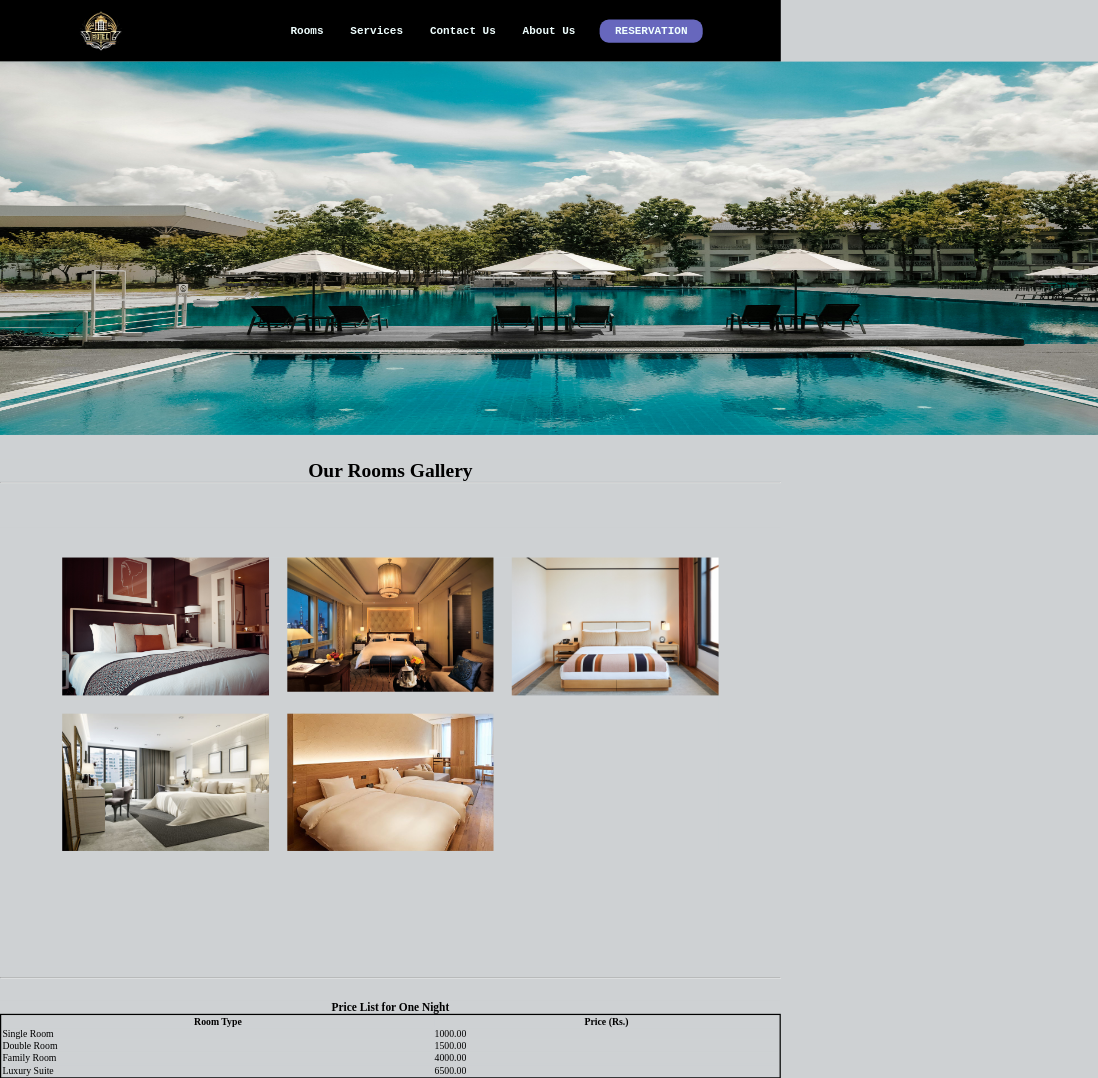
Repository: DhananjayaLakshan/Uom-Web_Design_For_Beginners
Page: Final Assignment/index.html
An editor plug-in stored every save of this project. The page is shown before and after the next save, followed by the edit.
The browser window is 1280 px wide. The page is 1800 px wide, so the pictures cover 1800 px, including what lies to the right of the window. The pictures show the whole page, at 61% of full size.

Above is the page before, as saved 2023-11-29 14:51:28.

After the next save:
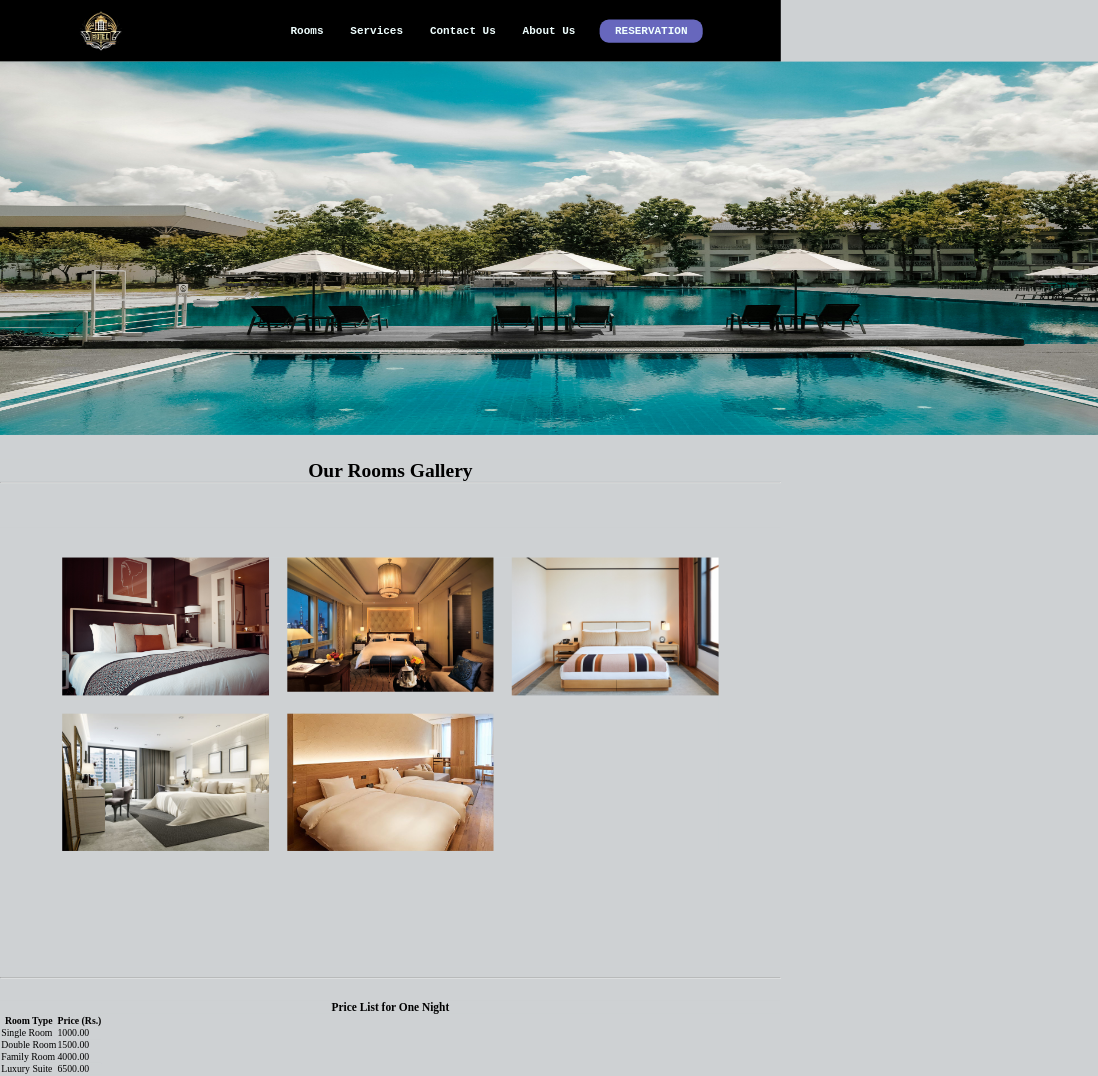
Saved 18 s later.
--- a/Final Assignment/index.html
+++ b/Final Assignment/index.html
@@ -57,7 +57,8 @@
 <br><hr><br><br>
 
 <h3 style="text-align: center;">Price List for One Night</h3>
-<table style="width:100%; border:2px solid black;">
+
+<table >
     <tr>
         <th>Room Type</th>
         <th>Price (Rs.)</th>
